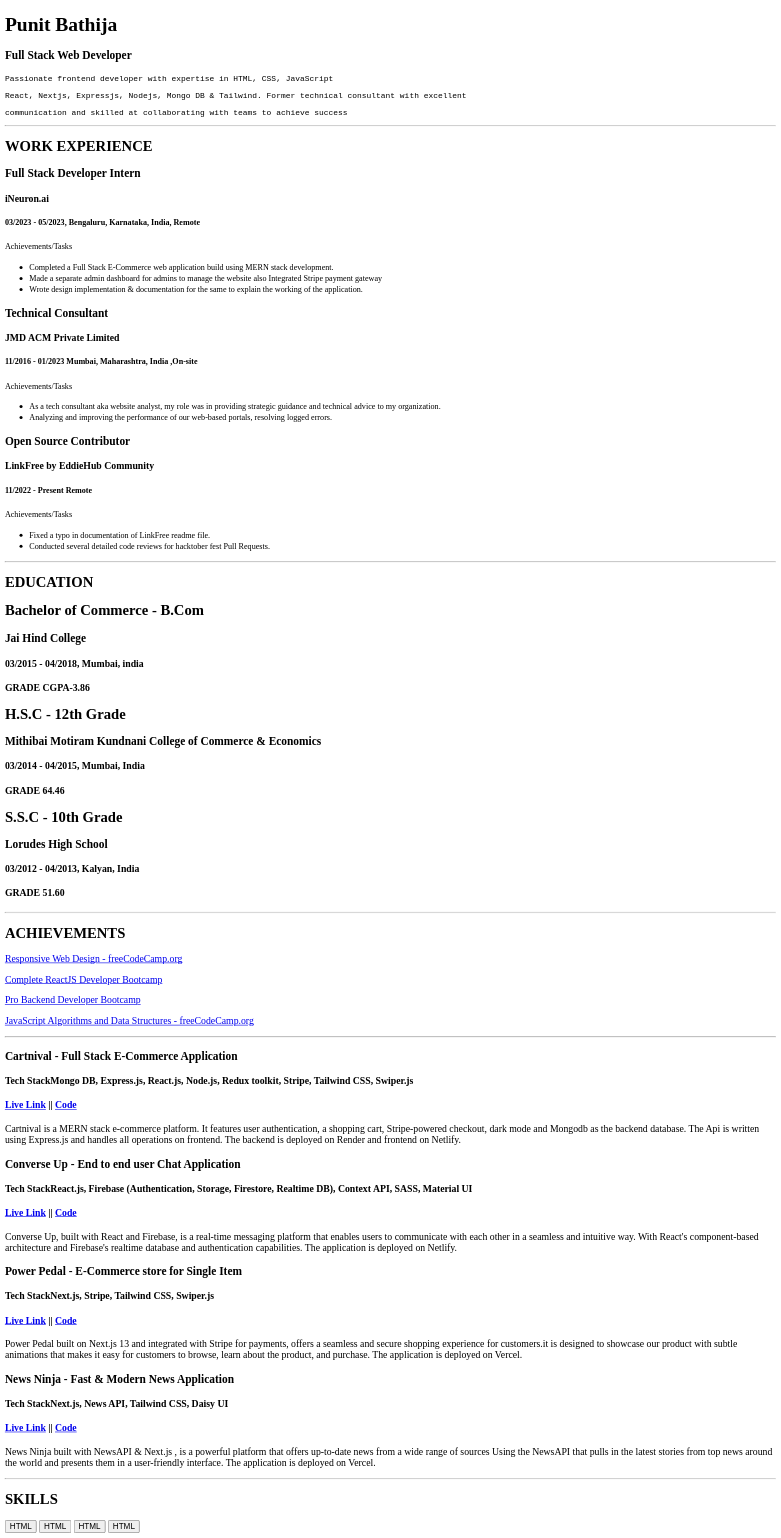
Repository: punitbathija/Placement-Assitance-iNeuron
Page: index.html
An editor plug-in stored every save of this project. The page is shown before and after the next save, followed by the edit.
The browser window is 1280 px wide. The pictures show the whole page, at 61% of full size.

Above is the page before, as saved 2023-05-18 12:58:36.

### index.html
<!DOCTYPE html>
<html lang="en">
  <head>
    <meta charset="UTF-8" />
    <meta http-equiv="X-UA-Compatible" content="IE=edge" />
    <meta name="viewport" content="width=device-width, initial-scale=1.0" />
    <title>Document</title>
  </head>
  <body>
    <header>
      <h1>Punit Bathija</h1>
      <h3>Full Stack Web Developer</h3>
      <pre>
Passionate frontend developer with expertise in HTML, CSS, JavaScript</pre
      >
      <pre>
React, Nextjs, Expressjs, Nodejs, Mongo DB & Tailwind. Former technical consultant with excellent</pre
      >
      <pre>
communication and skilled at collaborating with teams to achieve success</pre
      >
    </header>
    <hr />
    <section>
      <h1>WORK EXPERIENCE</h1>
      <div>
        <h3>Full Stack Developer Intern</h3>
        <h4>iNeuron.ai</h4>
        <h5>03/2023 - 05/2023, Bengaluru, Karnataka, India, Remote</h5>
        <small>Achievements/Tasks</small>
        <ul>
          <li>
            <small
              >Completed a Full Stack E-Commerce web application build using
              MERN stack development.</small
            >
          </li>
          <li>
            <small
              >Made a separate admin dashboard for admins to manage the website
              also Integrated Stripe payment gateway
            </small>
          </li>
          <li>
            <small
              >Wrote design implementation & documentation for the same to
              explain the working of the application.
            </small>
          </li>
        </ul>
      </div>
      <div>
        <h3>Technical Consultant</h3>
        <h4>JMD ACM Private Limited</h4>
        <h5>11/2016 - 01/2023 Mumbai, Maharashtra, India ,On-site</h5>
        <small>Achievements/Tasks</small>
        <ul>
          <li>
            <small
              >As a tech consultant aka website analyst, my role was in
              providing strategic guidance and technical advice to my
              organization.</small
            >
          </li>
          <li>
            <small
              >Analyzing and improving the performance of our web-based portals,
              resolving logged errors.
            </small>
          </li>
        </ul>
      </div>
      <div>
        <h3>Open Source Contributor</h3>
        <h4>LinkFree by EddieHub Community</h4>
        <h5>11/2022 - Present Remote</h5>
        <small>Achievements/Tasks</small>
        <ul>
          <li>
            <small
              >Fixed a typo in documentation of LinkFree readme file.</small
            >
          </li>
          <li>
            <small
              >Conducted several detailed code reviews for hacktober fest Pull
              Requests.
            </small>
          </li>
        </ul>
      </div>
    </section>
    <hr />
    <section>
      <h1>EDUCATION</h1>
      <div>
        <h2>Bachelor of Commerce - B.Com</h2>
        <h3>Jai Hind College</h3>
        <h4>03/2015 - 04/2018, Mumbai, india</h4>
        <h4>GRADE CGPA-3.86</h4>
      </div>
      <div>
        <h2>H.S.C - 12th Grade</h2>
        <h3>Mithibai Motiram Kundnani College of Commerce & Economics</h3>
        <h4>03/2014 - 04/2015, Mumbai, India</h4>
        <h4>GRADE 64.46</h4>
      </div>
      <div>
        <h2>S.S.C - 10th Grade</h2>
        <h3>Lorudes High School</h3>
        <h4>03/2012 - 04/2013, Kalyan, India</h4>
        <h4>GRADE 51.60</h4>
      </div>
    </section>
    <hr />
    <section>
      <h1>ACHIEVEMENTS</h1>
      <p>
        <a
          href="https://www.freecodecamp.org/certification/fcc5a76ec11-aefa-4ffc-b5b4-83b6dda548be/responsive-web-design"
          >Responsive Web Design - freeCodeCamp.org</a
        >
      </p>
      <p>
        <a
          href="https://s3-ap-southeast-1.amazonaws.com/learnyst/schools/2410/certificates/53635/6728656_53635.pdf?1670742115="
          >Complete ReactJS Developer Bootcamp</a
        >
      </p>
      <p>
        <a
          href="https://s3-ap-southeast-1.amazonaws.com/learnyst/schools/2410/certificates/110784/6728656_110784.pdf?1676721842="
          >Pro Backend Developer Bootcamp</a
        >
      </p>
      <p>
        <a
          href="https://www.freecodecamp.org/certification/fcc5a76ec11-aefa-4ffc-b5b4-83b6dda548be/responsive-web-design"
          >JavaScript Algorithms and Data Structures - freeCodeCamp.org</a
        >
      </p>
    </section>
    <hr />
    <section>
      <div>
        <h3>Cartnival - Full Stack E-Commerce Application</h3>
        <h4>
          <b>Tech Stack</b>Mongo DB, Express.js, React.js, Node.js, Redux
          toolkit, Stripe, Tailwind CSS, Swiper.js
        </h4>
        <h4>
          <a href="https://cartnival.netlify.app/" target="_blank">Live Link</a>
          ||
          <a href="https://github.com/punitbathija/Cartnival" target="_blank"
            >Code</a
          >
        </h4>
        <p>
          Cartnival is a MERN stack e-commerce platform. It features user
          authentication, a shopping cart, Stripe-powered checkout, dark mode
          and Mongodb as the backend database. The Api is written using
          Express.js and handles all operations on frontend. The backend is
          deployed on Render and frontend on Netlify.
        </p>
      </div>
      <div>
        <h3>Converse Up - End to end user Chat Application</h3>
        <h4>
          <b>Tech Stack</b>React.js, Firebase (Authentication, Storage,
          Firestore, Realtime DB), Context API, SASS, Material UI
        </h4>
        <h4>
          <a href="https://converseup.netlify.app" target="_blank">Live Link</a>
          ||
          <a href="https://github.com/punitbathija/converseUp" target="_blank"
            >Code</a
          >
        </h4>
        <p>
          Converse Up, built with React and Firebase, is a real-time messaging
          platform that enables users to communicate with each other in a
          seamless and intuitive way. With React's component-based architecture
          and Firebase's realtime database and authentication capabilities. The
          application is deployed on Netlify.
        </p>
      </div>
      <div>
        <h3>Power Pedal - E-Commerce store for Single Item</h3>
        <h4><b>Tech Stack</b>Next.js, Stripe, Tailwind CSS, Swiper.js</h4>
        <h4>
          <a href="https://power-pedal.vercel.app/" target="_blank"
            >Live Link</a
          >
          ||
          <a href="https://github.com/punitbathija/power-pedal" target="_blank"
            >Code</a
          >
        </h4>
        <p>
          Power Pedal built on Next.js 13 and integrated with Stripe for
          payments, offers a seamless and secure shopping experience for
          customers.it is designed to showcase our product with subtle
          animations that makes it easy for customers to browse, learn about the
          product, and purchase. The application is deployed on Vercel.
        </p>
      </div>
      <div>
        <h3>News Ninja - Fast & Modern News Application</h3>
        <h4><b>Tech Stack</b>Next.js, News API, Tailwind CSS, Daisy UI</h4>
        <h4>
          <a href="https://news-ninja.vercel.app/" target="_blank">Live Link</a>
          ||
          <a href="https://github.com/punitbathija/news-app" target="_blank"
            >Code</a
          >
        </h4>
        <p>
          News Ninja built with NewsAPI & Next.js , is a powerful platform that
          offers up-to-date news from a wide range of sources Using the NewsAPI
          that pulls in the latest stories from top news around the world and
          presents them in a user-friendly interface. The application is
          deployed on Vercel.
        </p>
      </div>
    </section>
    <hr />
    <section>
      <h1>SKILLS</h1>
      <button>HTML</button>
      <button>HTML</button>
      <button>HTML</button>
      <button>HTML</button>
    </section>
  </body>
</html>

After the next save:
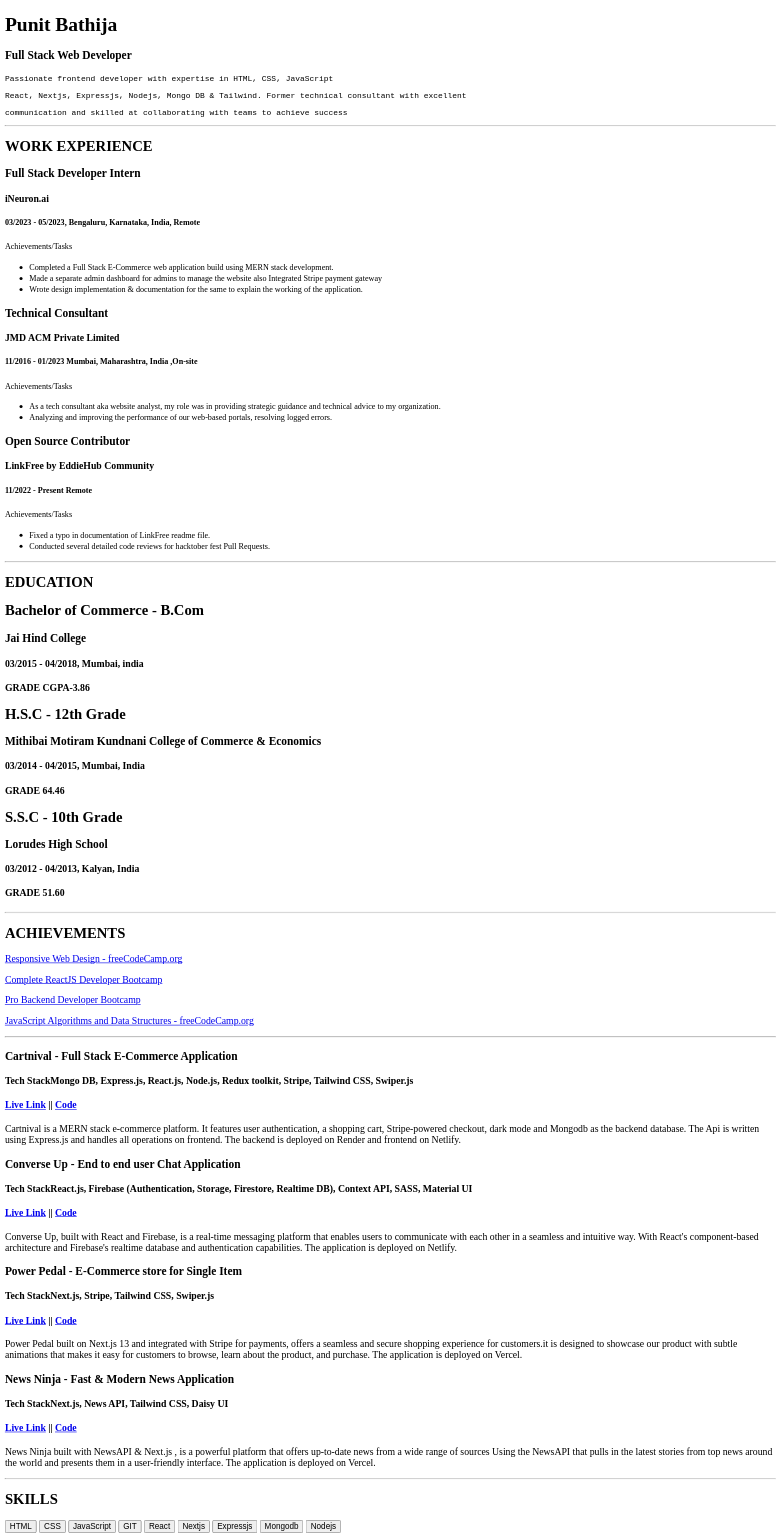
Saved 81 s later.
--- a/index.html
+++ b/index.html
@@ -227,9 +227,14 @@ communication and skilled at collaborating with teams to achieve success</pre
     <section>
       <h1>SKILLS</h1>
       <button>HTML</button>
-      <button>HTML</button>
-      <button>HTML</button>
-      <button>HTML</button>
+      <button>CSS</button>
+      <button>JavaScript</button>
+      <button>GIT</button>
+      <button>React</button>
+      <button>Nextjs</button>
+      <button>Expressjs</button>
+      <button>Mongodb</button>
+      <button>Nodejs</button>
     </section>
   </body>
 </html>
